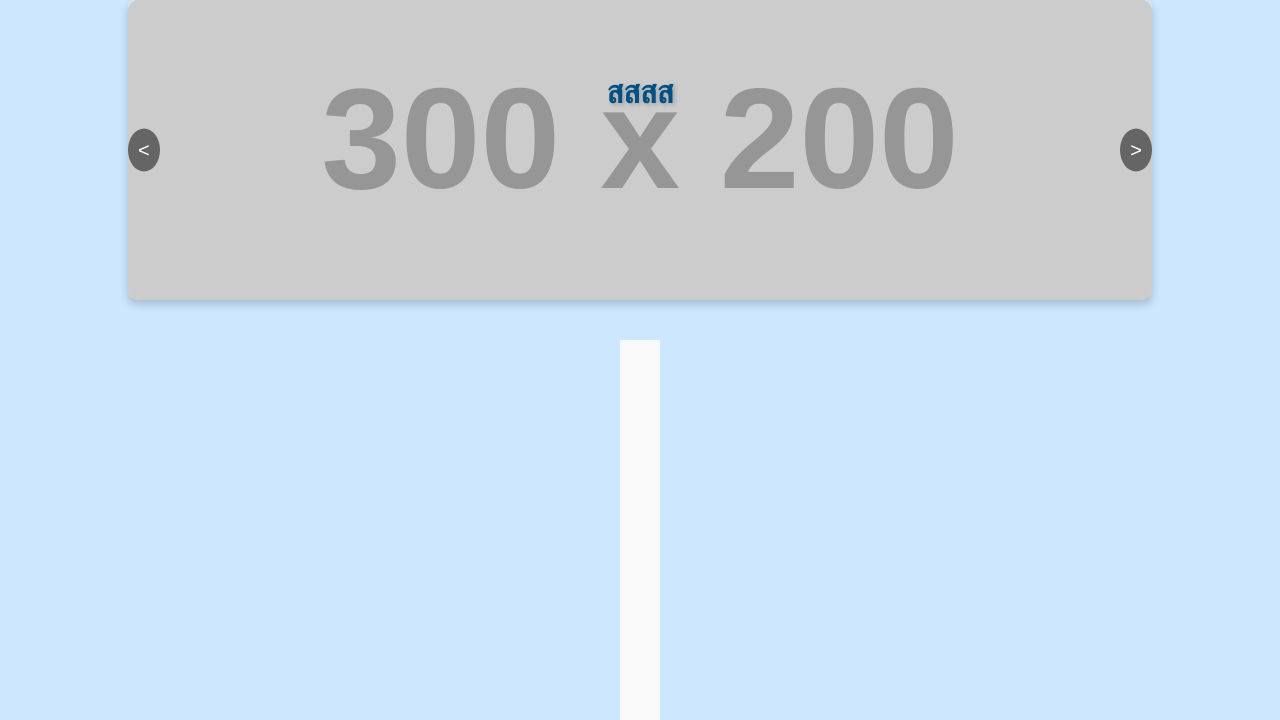
Repository: naps00/BIRTHDAY
Page: /details
An editor plug-in stored every save of this project. The page is shown before and after the next save, followed by the edit.
The browser window is 1280 px wide. The pictures show the whole page.
The project was rebuilt for these pictures with package versions that can differ from the ones it lists, and the page was loaded fresh each time.

Above is the page before, as saved 2024-12-09 02:39:32.

After the next save:
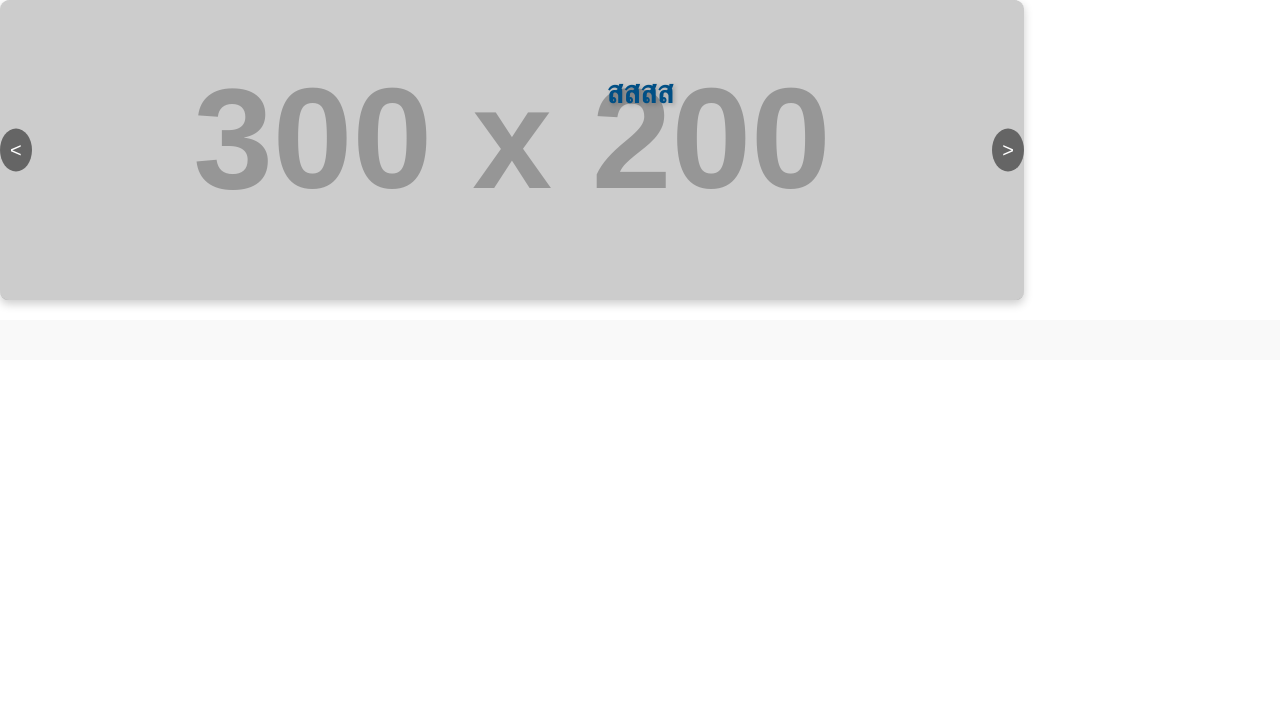
Saved 57 s later.
--- a/src/details.js
+++ b/src/details.js
@@ -21,7 +21,7 @@ function Details() {
   };
 
   return (
-    <div className="details-container">
+    <div className=".details-page">
       {/* ภาพสไลด์ */}
       <div className="slider-container">
         <div className="image-stack">
